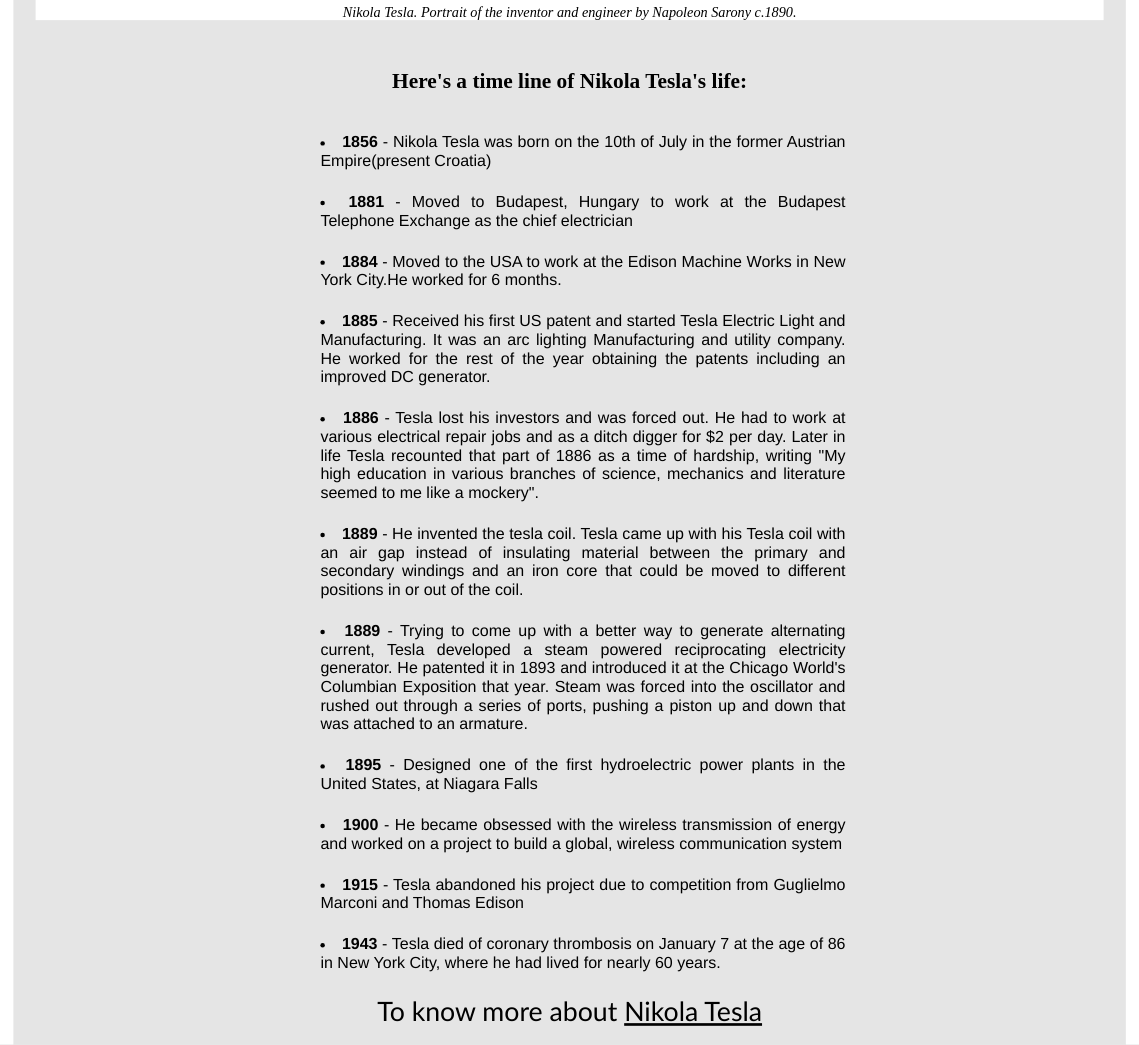
Repository: Avishka217/Tribute-Page
Page: index.html
The author's editor kept a copy of each file at every save. The page is drawn from the files as they stood at one save, then again after the next save.
The browser window is 1280 px wide. The pictures show the part of the page from y = 576 to 1750 px (the page is 1750 px tall), at 89% of full size.
A picture or video elsewhere on the page could not be fetched, so the positions and the page height are approximate.

Above is the page before, as saved 2020-03-18 20:06:00.

After the next save:
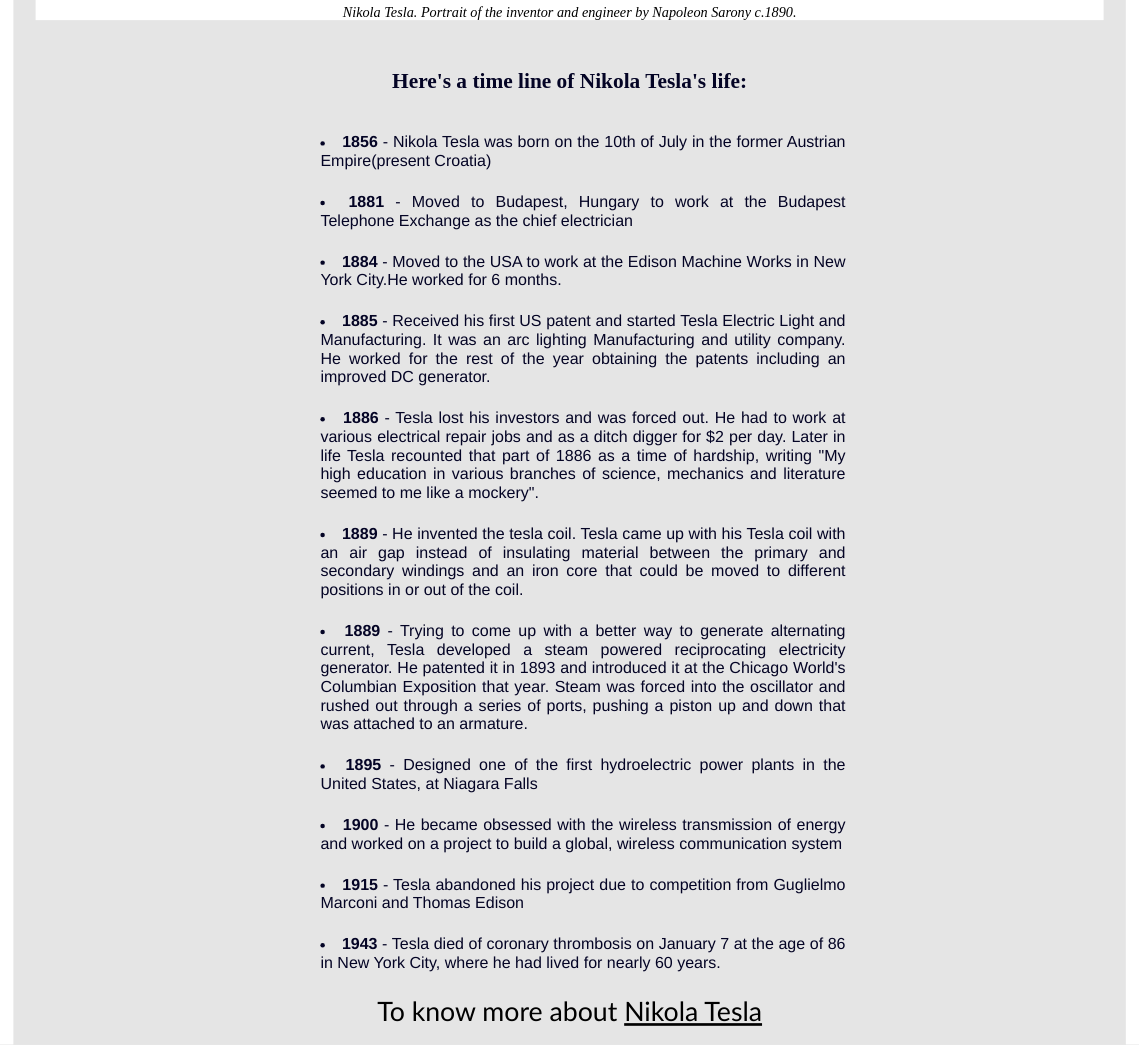
Saved 44 s later.
--- a/styles.css
+++ b/styles.css
@@ -71,6 +71,7 @@
 
 #tribute-info{
 
+  color: hsl(240, 80%, 8%);
   display: block;
   width: 100%;
   position: relative;
